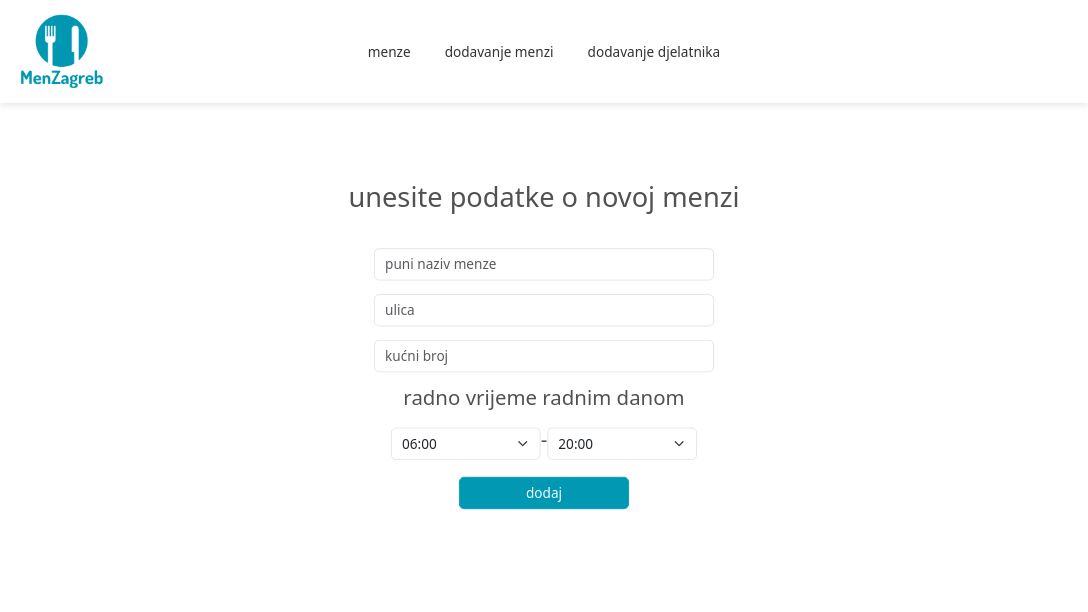
Repository: MENZG/menZg
Page: /admin/dodajMenzu (app in IzvorniKod/)
The author's editor kept a copy of each file at every save. The page is drawn from the files as they stood at one save, then again after the next save.
The browser window is 1280 px wide. The pictures show the whole page, at 85% of full size.
The project was rebuilt for these pictures with package versions that can differ from the ones it lists, and the page was loaded fresh each time. Also part of the build but not shown: IzvorniKod/vite.config.ts, IzvorniKod/src/Components/LoginForm.tsx, IzvorniKod/src/Components/AdminLogin.tsx, IzvorniKod/src/Components/EmployeeLogin.tsx, IzvorniKod/src/Components/NavBar.tsx, IzvorniKod/src/Components/ListaMenza.tsx, IzvorniKod/src/Components/Profil.tsx, IzvorniKod/src/Components/AddEmployee.tsx and 5 more.

Above is the page before, as saved 2024-11-07 14:00:05.

### IzvorniKod/index.html
<!DOCTYPE html>
<html lang="en">
  <head>
    <meta charset="UTF-8" />
    <meta name="viewport" content="width=device-width, initial-scale=1.0" />
    <link rel="preconnect" href="https://fonts.googleapis.com">
    <link rel="preconnect" href="https://fonts.gstatic.com" crossorigin>
    <link href="https://fonts.googleapis.com/css2?family=Poiret+One&display=swap" rel="stylesheet">
    <title>MenZG</title>
  </head>
  <body>
    <div id="root"></div>
    <script type="module" src="/src/main.tsx"></script>
  </body>
</html>

### IzvorniKod/src/App.tsx
import {
  BrowserRouter as Router,
  Routes,
  Route,
  Navigate,
} from "react-router-dom";

import LoginForm from "./Components/LoginForm.tsx";
import AdminLogin from "./Components/AdminLogin.tsx";
import "bootstrap/dist/css/bootstrap.min.css";
import EmployeeLogin from "./Components/EmployeeLogin.tsx";
import ListaMenza from "./Components/ListaMenza.tsx";
import Profil from "./Components/Profil.tsx";
import AddMenza from "./Components/AddMenza.tsx";
import AddEmployee from "./Components/AddEmployee.tsx";
import AddWorkingHours from "./Components/AddWorkingHours.tsx";
import AddMeals from "./Components/AddMeals.tsx";
import ListaMenzaAdmin from "./Components/ListaMenzaAdmin.tsx";
import ListaMenzaEmployee from "./Components/ListaMenzaEmployee.tsx";

function App() {
  return (
    <Router>
      <Routes>
        <Route path="/" element={<Navigate to="/login/student" />} />
        <Route path="/login" element={<Navigate to="/login/student" />} />
        <Route path="/login/student" element={<LoginForm />} />
        <Route path="/login/admin" element={<AdminLogin />} />
        <Route path="/login/employee" element={<EmployeeLogin />} />
        <Route path="/menze" element={<ListaMenza />} />
        <Route path="/profil" element={<Profil />} />
        <Route path="/admin/menze" element={<ListaMenzaAdmin />} />
        <Route path="/admin/dodajMenzu" element={<AddMenza />} />
        <Route path="/admin/dodajDjelatnika" element={<AddEmployee />} />
        <Route path="/djelatnik/menze" element={<ListaMenzaEmployee />} />
        <Route path="/djelatnik/dodajJelovnik" element={<AddMeals />} />
        <Route
          path="/djelatnik/dodajRadnoVrijeme"
          element={<AddWorkingHours />}
        />
      </Routes>
    </Router>
  );
}

export default App;

### IzvorniKod/src/Components/AddMenza.tsx
import NavBarAdmin from "./NavBarAdmin";
import { Button, Form } from "react-bootstrap";
import "/src/styles/AddMenza.css";

function AddMenza() {
  return (
    <>
      <NavBarAdmin />
      <div className="dodaj-menzu-container">
        <h2 className="h2">unesite podatke o novoj menzi</h2>
        <Form className="w-100" style={{ maxWidth: "400px" }}>
          <Form.Group className="mb-3">
            <Form.Control
              className="form-control"
              type="text"
              placeholder="puni naziv menze"
            />
          </Form.Group>

          <Form.Group className="mb-3">
            <Form.Control
              className="form-control"
              type="text"
              placeholder="ulica"
            />
          </Form.Group>

          <Form.Group className="mb-3">
            <Form.Control
              className="form-control"
              type="text"
              placeholder="kućni broj"
            />
          </Form.Group>

          <h4 className="h4">radno vrijeme radnim danom</h4>
          <div className="select-container">
            <select className="form-select" aria-label="Default select example">
              <option selected>06:00</option>
              <option value="6">06:00</option>
              <option value="7">07:00</option>
              <option value="8">08:00</option>
              <option value="9">09:00</option>
              <option value="10">10:00</option>
              <option value="11">11:00</option>
              <option value="12">12:00</option>
              <option value="13">13:00</option>
              <option value="14">14:00</option>
              <option value="15">15:00</option>
              <option value="16">16:00</option>
              <option value="17">17:00</option>
              <option value="18">18:00</option>
              <option value="19">19:00</option>
              <option value="20">20:00</option>
              <option value="21">21:00</option>
              <option value="22">22:00</option>
              <option value="23">23:00</option>
            </select>
            <h4 className="h4"> - </h4>
            <select className="form-select" aria-label="Default select example">
              <option selected>20:00</option>
              <option value="6">06:00</option>
              <option value="7">07:00</option>
              <option value="8">08:00</option>
              <option value="9">09:00</option>
              <option value="10">10:00</option>
              <option value="11">11:00</option>
              <option value="12">12:00</option>
              <option value="13">13:00</option>
              <option value="14">14:00</option>
              <option value="15">15:00</option>
              <option value="16">16:00</option>
              <option value="17">17:00</option>
              <option value="18">18:00</option>
              <option value="19">19:00</option>
              <option value="20">20:00</option>
              <option value="21">21:00</option>
              <option value="22">22:00</option>
              <option value="23">23:00</option>
            </select>
          </div>

          <Button variant="primary" type="submit" className="w-50 mb-3">
            dodaj
          </Button>
        </Form>
      </div>
    </>
  );
}

export default AddMenza;

### IzvorniKod/src/styles/ListaMenza.css
/*.card-container {
    display: grid;
    grid-template-columns: repeat(auto-fill, minmax(18rem, 1fr));
    gap: 1rem;
    padding: 1rem;
    justify-items: center;
    align-items: start;
    padding-top: 20vh;
  }*/

  .card-container {
    display: grid;
    grid-template-columns: repeat(3, 1fr); /* Maksimalno 3 stupca */
    gap: 1rem;
    padding: 1rem;
    justify-items: center;
    justify-content: center;
    align-items: start;
    padding-top: 20vh;
    max-width: 75vw; /* Održite ovu širinu za udaljenost od rubova */
    margin-left: auto; /* Centriranje pomoću automatskih margina */
    margin-right: auto;
  }

  /* Smanji na 2 stupca za srednje ekrane */
  @media (max-width: 768px) {
    .card-container {
      grid-template-columns: repeat(2, 1fr);
    }
  }

  /* Smanji na 1 stupac za male ekrane (mobitele) */
  @media (max-width: 480px) {
    .card-container {
      grid-template-columns: 1fr;
    }
  }

  .card {
    box-shadow: 0px 4px 8px rgba(0, 0, 0, 0.2);
    border-radius: 8px;
    transition: transform 0.3s ease;
  }

  .card:hover {
    transform: scale(1.05);
  }

  .card img {
    border-top-left-radius: 8px;
    border-top-right-radius: 8px;
    object-fit: cover;
    height: 25vh;
  }

  .btn-primary{
    background-color: #0098b3;
    color: azure;
    border-color: #0098b3;
  }

  .btn-primary:hover{
    background-color: #00758a;
    border-color: #00758a;
  }

  .button-container {
    text-align: center;
  }

### IzvorniKod/src/Components/NavBarAdmin.tsx
import "/src/styles/NavBar.css";
import { useNavigate } from "react-router-dom";
import { Button } from "react-bootstrap";

const NavBarAdmin = () => {
  const navigate = useNavigate();

  const handleOnClickMenze = () => {
    navigate("/admin/menze");
  };

  const handleOnClickAddMenza = () => {
    navigate("/admin/dodajMenzu");
  };

  const handleOnClickAddEmployee = () => {
    navigate("/admin/dodajDjelatnika");
  };
  return (
    <nav className="navbar navbar-expand-lg bg-body-tertiary navbar-bg">
      <div className="container-fluid">
        <img
          src="/src/public/MenZagreb.png"
          alt="logo slika"
          className="logo-img"
        ></img>
        <div className="nav-btn-container">
          <ul className="navbar-nav me-auto mb-2 mb-lg-0">
            <li className="nav-item">
              <Button className="nav-btn" onClick={handleOnClickMenze}>
                menze
              </Button>
            </li>
            <li className="nav-item">
              <Button className="nav-btn" onClick={handleOnClickAddMenza}>
                dodavanje menzi
              </Button>
            </li>
            <li className="nav-item">
              <Button className="nav-btn" onClick={handleOnClickAddEmployee}>
                dodavanje djelatnika
              </Button>
            </li>
          </ul>
        </div>
      </div>
    </nav>
  );
};

export default NavBarAdmin;

### IzvorniKod/src/styles/AddMenza.css
.dodaj-menzu-container{
    display: flex;
    flex-direction: column;
    align-items: center; /* Centers the children horizontally */
    justify-content: center; /* Centers the children vertically, if needed */
    text-align: center;
    padding-top: 15vh;
}

.h2{
    color: rgb(81, 81, 81);
    margin-bottom: 40px;
}
.h4{
    color: rgb(81, 81, 81);
}

body {
    display: flex;
    justify-content: center; /* Centers horizontally */
    align-items: center; /* Centers vertically */
    min-height: 100vh; /* Ensures the body takes the full height of the viewport */
    margin: 0; /* Removes default margin */
  }

.select-container{
    display: flex;
    flex-direction: row;
    margin: 20px;
}

### IzvorniKod/src/styles/AddEmployee.css
.dodaj-djelatnika-container{
    display: flex;
    flex-direction: column;
    align-items: center; /* Centers the children horizontally */
    justify-content: center; /* Centers the children vertically, if needed */
    text-align: center;
    padding-top: 20vh;
}

.h2{
    color: rgb(81, 81, 81);
    margin-bottom: 40px;
}

body {
    display: flex;
    justify-content: center; /* Centers horizontally */
    align-items: center; /* Centers vertically */
    min-height: 100vh; /* Ensures the body takes the full height of the viewport */
    margin: 0; /* Removes default margin */
  }

### IzvorniKod/src/styles/NavBar.css
.logo-img {
    height: 14vh;
    margin: 0;
}

/* Stil za navigacijske botune */
.nav-item .nav-btn {
    background: none;
    border: none;
    color: #333;
    font-weight: normal;
    cursor: pointer;
    padding: 0;
    text-decoration: none;
    margin: 0 20px;
}

.nav-item .nav-btn:hover {
    color: #0098b3;
    background: none;
}

.nav-btn-container {
    position: absolute;
    left: 50%;
    transform: translateX(-50%);
    display: flex;
    gap: 20px;
    align-items: center;
}

/* Stil za pozadinu navbara */
.navbar-bg {
    background-color: white !important;
}

/* Navbar - fiksna pozicija i stil */
.navbar {
    position: fixed;
    top: 0;
    left: 0;
    width: 100%;
    z-index: 1000;
    background-color: white;
    box-shadow: 0 4px 8px rgba(0, 0, 0, 0.1);
    padding: 10px;
}

/* Kontejner za elemente unutar navbara */
.navbar .container-fluid {
    display: flex;
    align-items: center;
    justify-content: space-between; /* Logo lijevo, ostatak desno */
    position: relative;
}

/* Centriranje logo-a */
.logo-img {
    margin-right: auto; /* Osigurava da logo ostane skroz lijevo */
}

### IzvorniKod/src/Components/ListaEmployees.tsx
import "/src/styles/ListaMenza.css";

const ListaEmployees = () => {
  return (
    <div className="card-container">
      <div className="card">
        <div className="card-header">Jadranka Radić</div>
        <div className="card-body">
          <p>Cvjetno naselje menza</p>
          <p>username: djelatnik1</p>
          <p>lozinka: 2468</p>
        </div>
      </div>
      <div className="card">
        <div className="card-header">Jadranka Radić</div>
        <div className="card-body">
          <p>Cvjetno naselje menza</p>
          <p>username: djelatnik1</p>
          <p>lozinka: 2468</p>
        </div>
      </div>
      <div className="card">
        <div className="card-header">Jadranka Radić</div>
        <div className="card-body">
          <p>Cvjetno naselje menza</p>
          <p>username: djelatnik1</p>
          <p>lozinka: 2468</p>
        </div>
      </div>
      <div className="card">
        <div className="card-header">Jadranka Radić</div>
        <div className="card-body">
          <p>Cvjetno naselje menza</p>
          <p>username: djelatnik1</p>
          <p>lozinka: 2468</p>
        </div>
      </div>
      <div className="card">
        <div className="card-header">Jadranka Radić</div>
        <div className="card-body">
          <p>Cvjetno naselje menza</p>
          <p>username: djelatnik1</p>
          <p>lozinka: 2468</p>
        </div>
      </div>
      <div className="card">
        <div className="card-header">Jadranka Radić</div>
        <div className="card-body">
          <p>Cvjetno naselje menza</p>
          <p>username: djelatnik1</p>
          <p>lozinka: 2468</p>
        </div>
      </div>
      <div className="card">
        <div className="card-header">Jadranka Radić</div>
        <div className="card-body">
          <p>Cvjetno naselje menza</p>
          <p>username: djelatnik1</p>
          <p>lozinka: 2468</p>
        </div>
      </div>
      <div className="card">
        <div className="card-header">Jadranka Radić</div>
        <div className="card-body">
          <p>Cvjetno naselje menza</p>
          <p>username: djelatnik1</p>
          <p>lozinka: 2468</p>
        </div>
      </div>
    </div>
  );
};

export default ListaEmployees;

Loaded but not shown: IzvorniKod/src/main.tsx (common file)

After the next save:
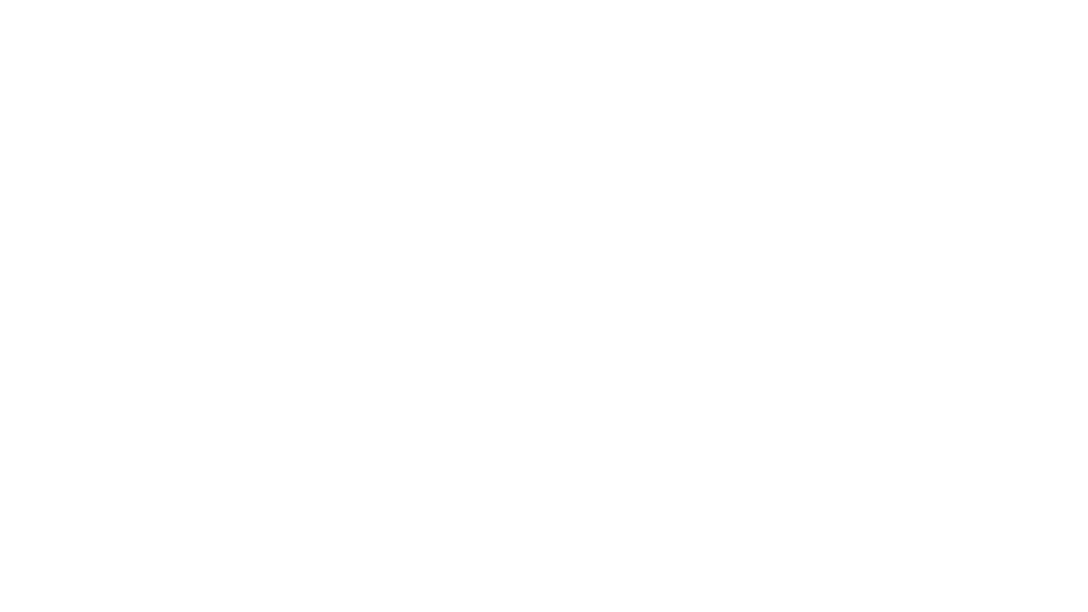
Console error: ReferenceError: ListaEmployees is not defined
Saved 98 s later.
--- a/IzvorniKod/src/Components/AddMenza.tsx
+++ b/IzvorniKod/src/Components/AddMenza.tsx
@@ -84,6 +84,7 @@ function AddMenza() {
             dodaj
           </Button>
         </Form>
+        <ListaEmployees />
       </div>
     </>
   );

After the save that followed:
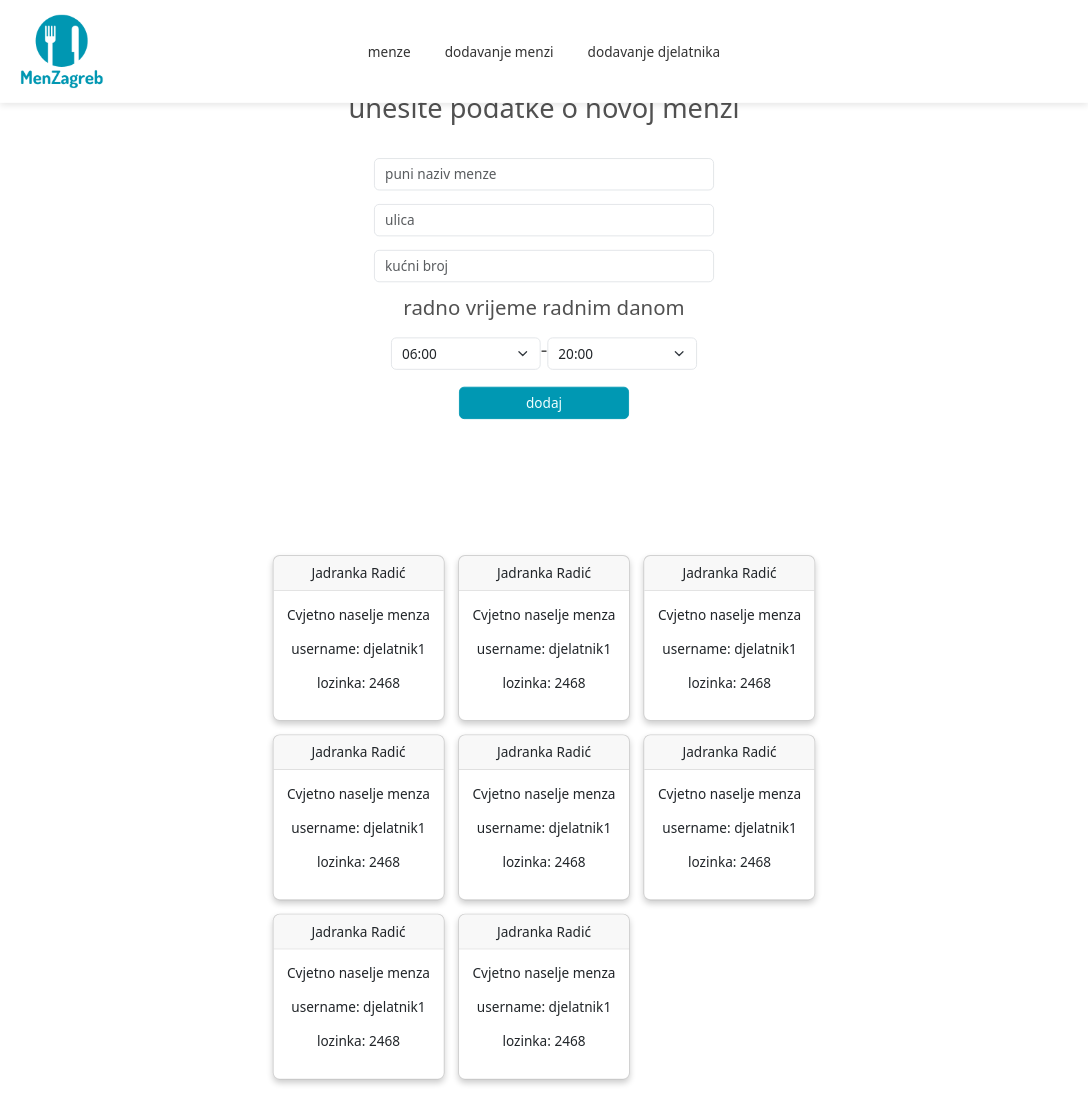
The error is gone.
Saved 13 s later.
--- a/IzvorniKod/src/Components/AddMenza.tsx
+++ b/IzvorniKod/src/Components/AddMenza.tsx
@@ -1,6 +1,7 @@
 import NavBarAdmin from "./NavBarAdmin";
 import { Button, Form } from "react-bootstrap";
 import "/src/styles/AddMenza.css";
+import ListaEmployees from "./ListaEmployees";
 
 function AddMenza() {
   return (
